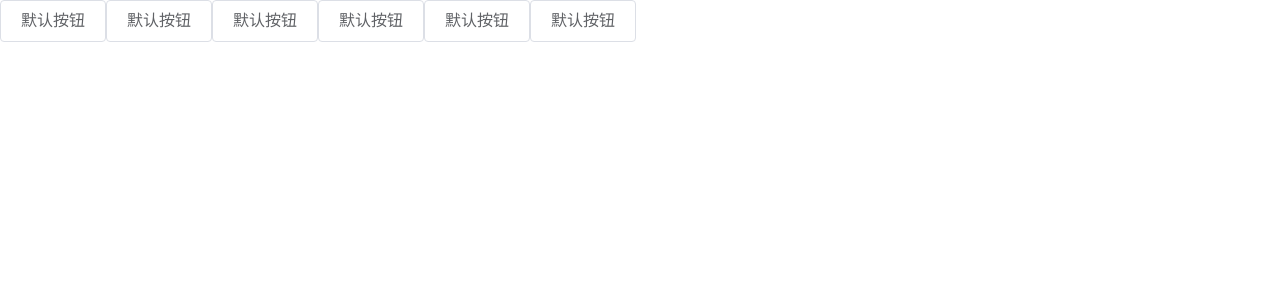
Repository: onlyadaydreamer/dreamer-ui
Page: /
The author's editor kept a copy of each file at every save. The page is drawn from the files as they stood at one save, then again after the next save.
The browser window is 1280 px wide. The pictures show the whole page.
The project was rebuilt for these pictures with package versions that can differ from the ones it lists, and the page was loaded fresh each time. Also part of the build but not shown: src/packages/icon.vue, src/packages/index.js.

Above is the page before, as saved 2020-05-13 10:03:57.

### src/main.js
import Vue from 'vue'
import App from './App.vue'

Vue.config.productionTip = false

import dreamerUI from './packages/index';
Vue.use(dreamerUI);

new Vue({
  render: h => h(App),
}).$mount('#app')

### src/App.vue
<template>
  <div id="app">
    <dreamer-button>默认按钮</dreamer-button>
    <dreamer-button type="primary">默认按钮</dreamer-button>
    <dreamer-button type="success">默认按钮</dreamer-button>
    <dreamer-button type="warning">默认按钮</dreamer-button>
    <dreamer-button type="info">默认按钮</dreamer-button>
    <dreamer-button type="danger">默认按钮</dreamer-button>
  </div>
</template>

<script>

export default {

}
</script>

<style lang="scss">

</style>

### src/packages/button.vue
<template>
    <button class="dreamer-button">
        <span v-if="this.$slots.default">
            <slot></slot>
        </span>
    </button>
</template>

<script>
export default {
    name: 'dreamer-button',
    props: {
        type: {
            type: String,
            default: '',
            validator(type) {
                if (type && !['primary', 'success', 'warning', 'info', 'danger'].includes(type)) {
                    console.err('type类型必须为' + ['primary', 'success', 'warning', 'info', 'danger'].join('、'));
                }
                return true;
            }
        }
    }
}
</script>

<style lang="scss">
@import '../styles/_var.scss';
$height: 42px;
$font-size: 16px;
$color: #606266;
$border-color: #dcdfe6;
$background: #ecf5ff;
$active-color: #3a8ee6;

.dreamer-button {
  border-radius: $border-radius;
  border: 1px solid $border-color;
  color: $color;
  background: #fff;
  height: 42px;
  cursor: pointer;
  font-size: $font-size;
  line-height: 1;
  padding: 12px 20px;
  display: inline-flex;
  justify-content: center;
  vertical-align: middle;
  &:hover {
      border-color: $border-color;
      background-color: $background;
  }
  &:focus, &:active {
      color: $active-color;
      border: 1px solid $active-color;
      outline: none;
      background-color: $background;
  }
}
</style>

### src/styles/_var.scss
$border-radius: 4px;

$primary: #409EFF;
$success: #67C23A;
$warning: #E6A23C;
$danger: #F56C6C;
$info: #909399;

$primary-hover: #66B1FF;
$success-hover: #85CE61;
$warning-hover: #EBB563;
$danger-hover: #F78989;
$info-hover: #A6A9AD;

$primary-active: #3A8EE6;
$success-active: #5DAF34;
$warning-active: #CF9236;
$danger-active: #DD6161;
$info-active: #82848A;

* {
    padding: 0;
    margin: 0;
    box-sizing: border-box;
}

Loaded but not shown: public/index.html (common file)

After the next save:
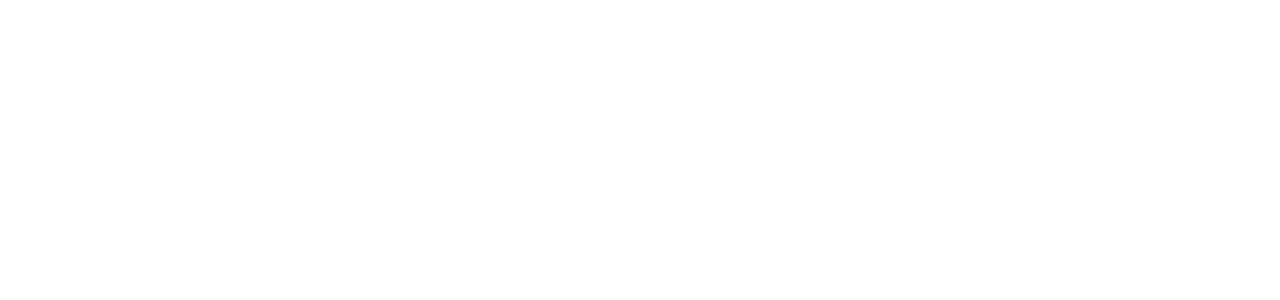
Console error: TypeError: console.err is not a function
Saved 4 s later.
--- a/src/App.vue
+++ b/src/App.vue
@@ -4,7 +4,7 @@
     <dreamer-button type="primary">默认按钮</dreamer-button>
     <dreamer-button type="success">默认按钮</dreamer-button>
     <dreamer-button type="warning">默认按钮</dreamer-button>
-    <dreamer-button type="info">默认按钮</dreamer-button>
+    <dreamer-button type="info1">默认按钮</dreamer-button>
     <dreamer-button type="danger">默认按钮</dreamer-button>
   </div>
 </template>

After the save that followed:
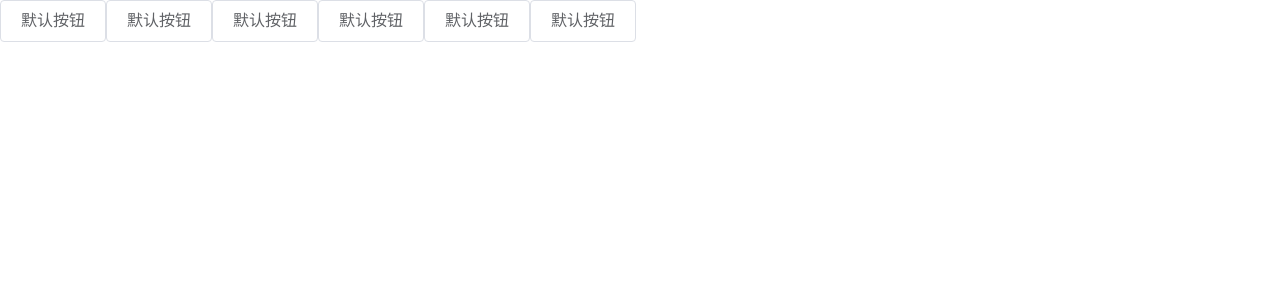
The error is gone.
Saved 9 s later.
--- a/src/packages/button.vue
+++ b/src/packages/button.vue
@@ -15,7 +15,7 @@
             default: '',
             validator(type) {
                 if (type && !['primary', 'success', 'warning', 'info', 'danger'].includes(type)) {
-                    console.err('type类型必须为' + ['primary', 'success', 'warning', 'info', 'danger'].join('、'));
+                    console.error('type类型必须为' + ['primary', 'success', 'warning', 'info', 'danger'].join('、'));
                 }
                 return true;
             }
